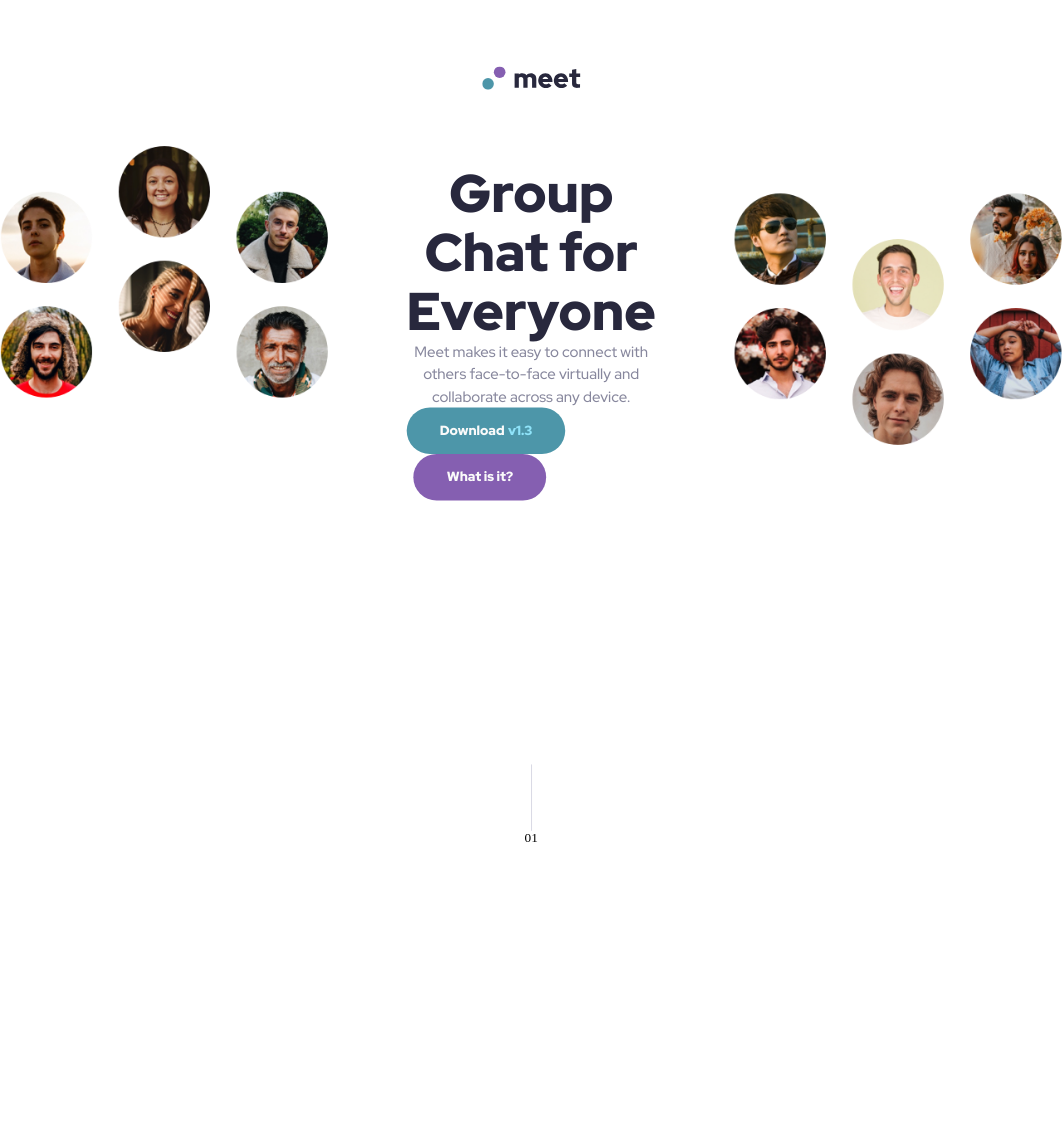
Repository: brandontaylor1/meet-landing-page
Page: index.html
The author's editor kept a copy of each file at every save. The page is drawn from the files as they stood at one save, then again after the next save.
The browser window is 1280 px wide. The pictures show the whole page, at 83% of full size.

Above is the page before, as saved 2025-01-11 20:18:25.

After the next save:
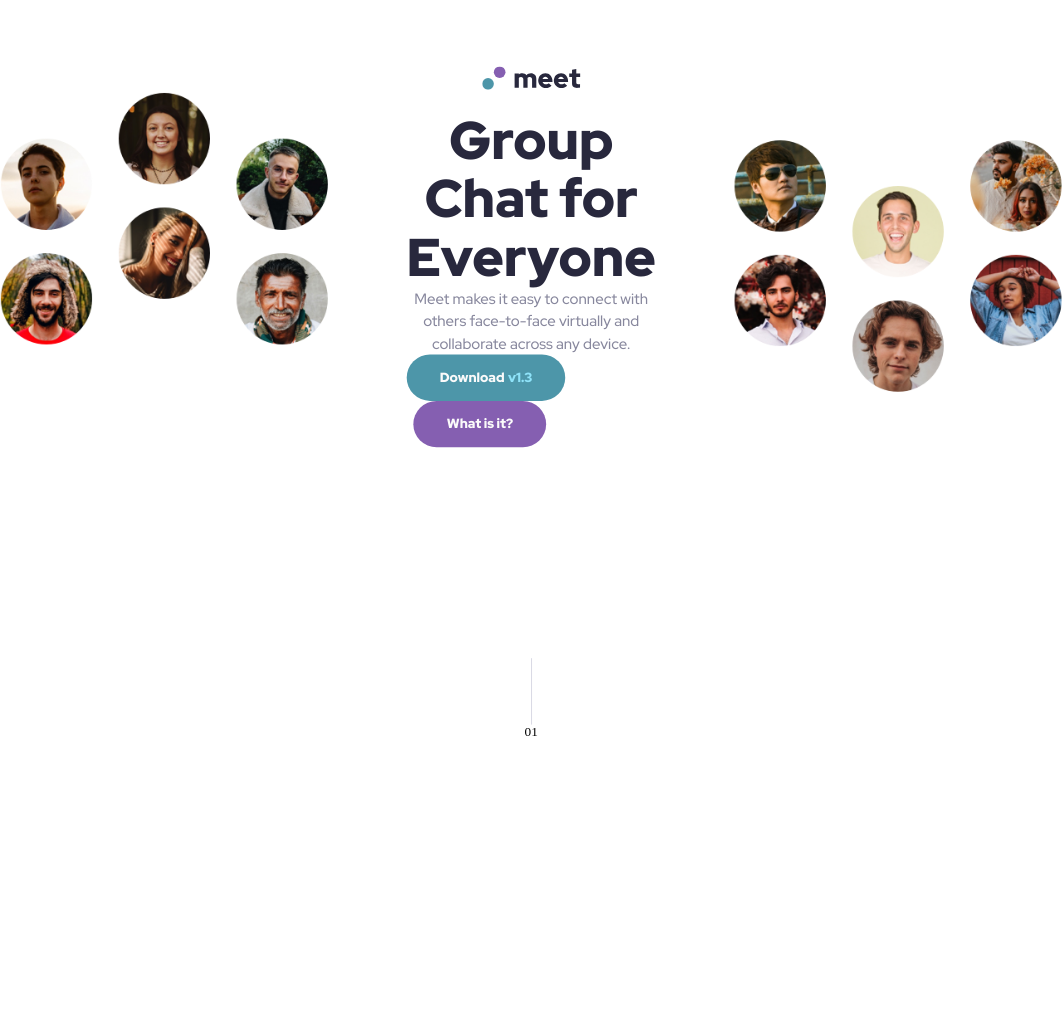
Saved 86 s later.
--- a/styles.css
+++ b/styles.css
@@ -32,6 +32,7 @@
     align-items: center;
     justify-content: center;
     padding: 64px 80px;
+    height: 360px;
 }
 
 .left-faces {
